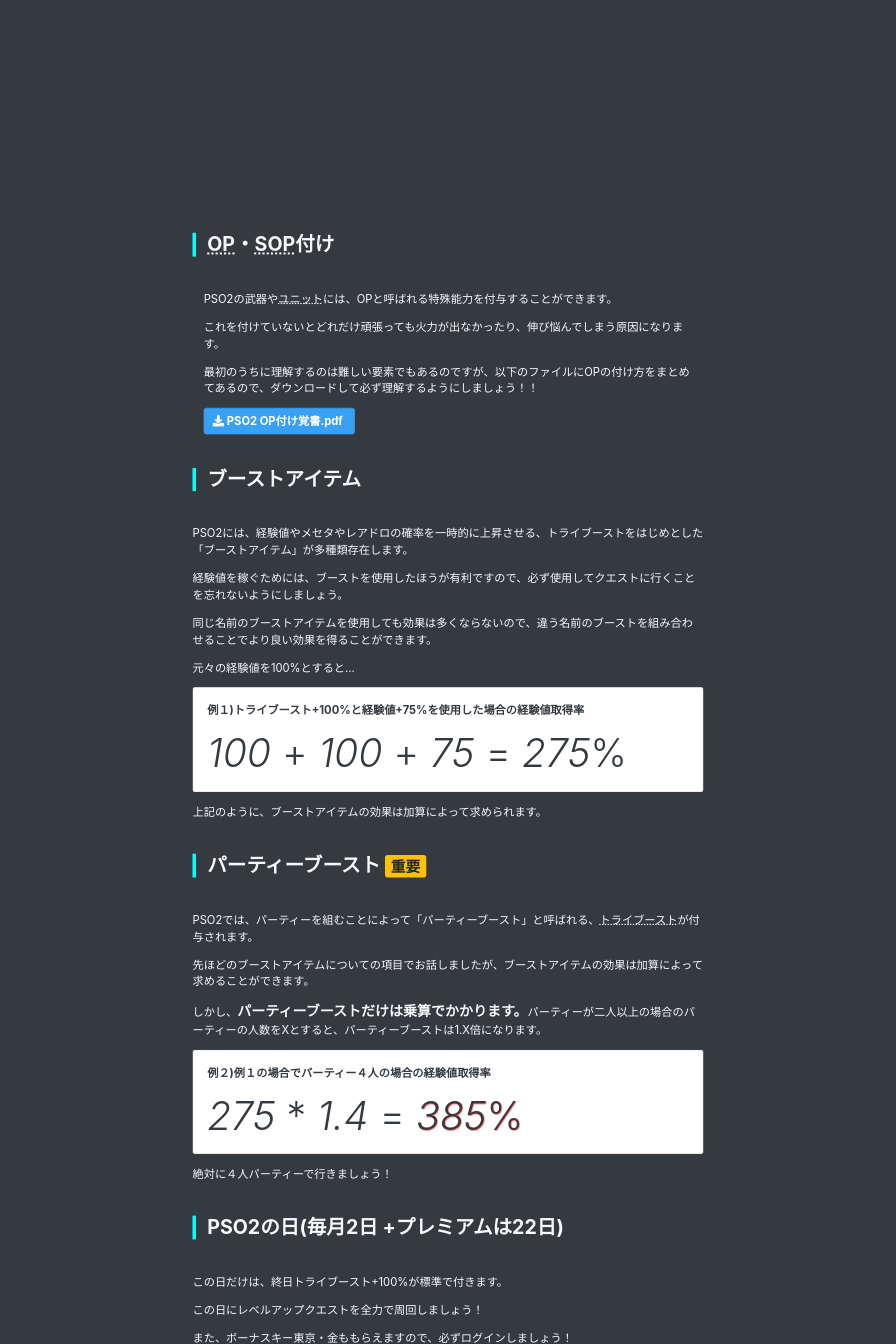
Repository: milkyahonpo/Website_source
Page: docs/capture.html
The author's editor kept a copy of each file at every save. The page is drawn from the files as they stood at one save, then again after the next save.
The browser window is 1280 px wide. The pictures show the part of the page from y = 3361 to 5281 px (the page is 11156 px tall), at 70% of full size.
Pictures or frames that could not be fetched are drawn as grey boxes. Some web libraries are served in a nearby version.

Above is the page before, as saved 2020-02-03 09:44:05.

### docs/capture.html
<!DOCTYPE html>
<html lang="ja">
  <head>
    <!-- Required meta tags -->
    <meta charset="utf-8">
    <meta name="viewport" content="width=device-width, initial-scale=1, shrink-to-fit=no">
    <!-- Bootstrap CSS -->
    <link rel="stylesheet" href="https://stackpath.bootstrapcdn.com/bootstrap/4.3.1/css/bootstrap.min.css" integrity="sha384-ggOyR0iXCbMQv3Xipma34MD+dH/1fQ784/j6cY/iJTQUOhcWr7x9JvoRxT2MZw1T" crossorigin="anonymous">
    <!-- My CSS -->
    <link rel="stylesheet" href="css/capture.css">
    <!-- favicon -->
    <link rel="shortcut icon" href="img/favicon.ico">
    <!-- Font Awesome -->
    <link href="https://use.fontawesome.com/releases/v5.6.1/css/all.css" rel="stylesheet">
    <!-- Google Fonts -->
    <link href="https://fonts.googleapis.com/css?family=Titillium+Web&display=swap" rel="stylesheet">

    <title>みるく屋本舗 - 攻略本 -</title>
  </head>

  <body>
  <!-- Navigation -->
  <nav class="navbar navbar-expand-lg navbar-light fixed-top py-3" id="mainNav">
    <div class="container">
      <a class="navbar-brand" href="index.html">
        <img src="./img/logo.png" width="50" height="50" alt="">
        <b>みるく屋本舗</b>
      </a>
      <button class="navbar-toggler navbar-togglar-right" type="button" data-toggle="collapse" data-target="#navbarResponsive" aria-controls="navbarResponsive" aria-expanded="false" aria-label="Toggle navigation">
        <span class="navbar-toggler-icon"></span>
      </button>
      <div class="collapse navbar-collapse" id="navbarResponsive">
        <ul class="navbar-nav ml-auto my-2 my-lg-0">
          <li class="nav-item">
            <a class="nav-link js-scroll-trigger" href="#basic">基礎知識</a>
          </li>
          <li class="nav-item">
            <a class="nav-link js-scroll-trigger" href="#lv1-50">Lv01～Lv50</a>
          </li>
          <li class="nav-item">
            <a class="nav-link js-scroll-trigger" href="#lv51-75">Lv51～Lv75</a>
          </li>
          <li class="nav-item">
            <a class="nav-link js-scroll-trigger" href="#lv76-80">Lv76～Lv80</a>
          </li>
          <li class="nav-item">
            <a class="nav-link js-scroll-trigger" href="#lv81-90">Lv81～Lv90</a>
          </li>
        </ul>
      </div>
    </div>
  </nav>
  <!-- About Section -->
  <section class="page-section h-100 bg-dark text-light">
    <div class="container h-100">
      <div class="row h-100 justify-content-center align-items-center">
        <div class="col-lg-8">
          <h2 class="display-1 mt-0 font-weight-bold text-center"><span style="color: cyan;">攻</span>略本</h2>
          <hr class="divider my-4">
          <p class="lead text-center">チムメンに役立つ育成情報を掲載します！</p>
          <p class="text-center"><small>最終更新 : 2020/01/23</small></p>
        </div>
      </div>
    </div>
  </section>

  <div class="page-section bg-dark text-light">
    <div class="container">
      <div class="row py-5 justify-content-center" id="basic">
        <div class="col-md-8">
          <h2 class="font-weight-bold">基礎知識</h2>
          <h3 class="my-5 pl-3"><strong class="font-weight-bold">メインクラスとサブクラス</strong></h3>
          <div class="px-3">
            <div>
              PSO2には「メインクラス」と「サブクラス」があります。
              <ul>
                <li>「メインクラス」装備できる武器に影響するクラス</li>
                <li>「サブクラス」一部のスキルとステータスの影響を受けるクラス<br>
              </ul>
              以下にクラス一覧と、その装備できる武器について示します。
            </div>
            <p class="alert alert-info">ガンスラッシュはどのクラスでも使用することができます。</p>
            <h4>通常クラス</h4>
            <table class="table table-striped table-hover my-3 table-dark">
              <tr><th>アイコン</th><th>クラス名</th><th>略称</th><th>装備できる武器</th></tr>
              <tr><td><img class="img-thumbnail" src="img/Hu.png"　style="display: inline-block" width="50px" height="auto"></td><td><a href="https://pso2.swiki.jp/index.php?%E3%83%8F%E3%83%B3%E3%82%BF%E3%83%BC">ハンター</a></td><td>Hu</td><td><ul><li>ソード</li><li>ワイヤードランス</li><li>パルチザン</li></ul></td></tr>
              <tr><td><img class="img-thumbnail" src="img/Fi.png"　style="display: inline-block" width="50px" height="auto"></td><td><a href="https://pso2.swiki.jp/index.php?%E3%83%95%E3%82%A1%E3%82%A4%E3%82%BF%E3%83%BC">ファイター</a></td><td>Fi</td><td><ul><li>ツインダガー</li><li>ダブルセイバー</li><li>ナックル</li></ul></td></tr>
              <tr><td><img class="img-thumbnail" src="img/Ra.png"　style="display: inline-block" width="50px" height="auto"></td><td><a href="https://pso2.swiki.jp/index.php?%E3%83%AC%E3%83%B3%E3%82%B8%E3%83%A3%E3%83%BC">レンジャー</a></td><td>Ra</td><td><ul><li>ランチャー</li><li>アサルトライフル</li></ul></td></tr>
              <tr><td><img class="img-thumbnail" src="img/Gu.png"　style="display: inline-block" width="50px" height="auto"></td><td><a href="https://pso2.swiki.jp/index.php?%E3%82%AC%E3%83%B3%E3%83%8A%E3%83%BC">ガンナー</a></td><td>Gu</td><td><ul><li>ツインマシンガン</li><li>アサルトライフル</li></ul></td></tr>
              <tr><td><img class="img-thumbnail" src="img/Fo.png"　style="display: inline-block" width="50px" height="auto"></td><td><a href="https://pso2.swiki.jp/index.php?%E3%83%95%E3%82%A9%E3%83%BC%E3%82%B9">フォース</a></td><td>Fo</td><td><ul><li>ロッド</li><li>タリス</li></ul></td></tr>
              <tr><td><img class="img-thumbnail" src="img/Te.png"　style="display: inline-block" width="50px" height="auto"></td><td><a href="https://pso2.swiki.jp/index.php?%E3%83%86%E3%82%AF%E3%82%BF%E3%83%BC">テクター</a></td><td>Te</td><td><ul><li>ウォンド</li><li>タリス</li></ul></td></tr>
              <tr><td><img class="img-thumbnail" src="img/Br.png"　style="display: inline-block" width="50px" height="auto"></td><td><a href="https://pso2.swiki.jp/index.php?%E3%83%96%E3%83%AC%E3%82%A4%E3%83%90%E3%83%BC">ブレイバー</a></td><td>Br</td><td><ul><li>カタナ</li><li>バレットボウ</li></ul></td></tr>
              <tr><td><img class="img-thumbnail" src="img/Bo.png"　style="display: inline-block" width="50px" height="auto"></td><td><a href="https://pso2.swiki.jp/index.php?%E3%83%90%E3%82%A6%E3%83%B3%E3%82%B5%E3%83%BC">バウンサー</a></td><td>Bo</td><td><ul><li>ジェットブーツ</li><li>デュアルブレード</li></ul></td></tr>
              <tr><td><img class="img-thumbnail" src="img/Su.png"　style="display: inline-block" width="50px" height="auto"></td><td><a href="https://pso2.swiki.jp/index.php?%E3%82%B5%E3%83%A2%E3%83%8A%E3%83%BC">サモナー</a></td><td>Su</td><td><ul><li>タクト</li></ul></td></tr >
            </table>
            <div class="my-5">
              <p>これらの通常クラスのいずれか２つをレベル75にすることで選択可能になる<strong class="lead font-weight-bold">「後継クラス」</strong>というものがあります。</p>
              <p>後継クラスは現状で３つあり、ファントムとエトワールはサブクラスとしてセットすることができますが、メインクラスとして使う場合、<strong class="lead font-weight-bold">全てサブクラスをセットすることができません。</strong>その代わりに、各クラス特徴のある強力なクラススキルを有しており、非常に優秀なクラスとなっています。</p>
            </div>
            <h4>後継クラス</h4>
            <table class="table table-striped table-hover my-3 table-dark">
              <tr><th>アイコン</th><th>クラス名</th><th>略称</th><th>装備できる武器</th></tr>
              <tr><td><img class="img-thumbnail" src="img/Hr.png"　style="display: inline-block" width="50px" height="auto"></td class="align-items-center"><td><a href="https://pso2.swiki.jp/index.php?%E3%83%92%E3%83%BC%E3%83%AD%E3%83%BC">ヒーロー</a></td><td>Hr</td><td><ul><li>ソード</li><li>ツインマシンガン</li><li>タリス</li></ul></td></tr>
              <tr><td><img class="img-thumbnail" src="img/Ph.png"　style="display: inline-block" width="50px" height="auto"></td><td><a href="https://pso2.swiki.jp/index.php?%E3%83%95%E3%82%A1%E3%83%B3%E3%83%88%E3%83%A0">ファントム</a></td><td>Ph</td><td><ul><li>カタナ</li><li>アサルトライフル</li><li>ロッド</li></td></tr>
              <tr><td><img class="img-thumbnail" src="img/Et.png"　style="display: inline-block" width="50px" height="auto"></td><td><a href="https://pso2.swiki.jp/index.php?%E3%82%A8%E3%83%88%E3%83%AF%E3%83%BC%E3%83%AB">エトワール</a></td><td>Et</td><td><ul><li>ダブルセイバー</li><li>デュアルブレード</li><li>ウォンド</li></td></tr>
            </table>
            <p>「メインクラス」は、当然ですが入手した経験値の100%が加算されます。</p>
            <p>「サブクラス」も、セットしておくだけでサブクラスがレベル70までは<strong class="lead font-weight-bold">メインクラスが獲得した経験値の25%</strong>が加算されます。</p>
            <p>そのため、必ずサブクラスをつけておきましょう。</p>
          </div>
          <h3 class="my-5 pl-3"><strong class="font-weight-bold"><abbr title="特殊能力(DL先のファイルに詳細)">OP</abbr>・<abbr title="S級特殊能力(DL先のファイルに詳細)">SOP</abbr>付け</strong></h3>
          <div class="px-3">
            <p>PSO2の武器や<abbr title="防具のこと">ユニット</abbr>には、OPと呼ばれる特殊能力を付与することができます。</p>
            <p>これを付けていないとどれだけ頑張っても火力が出なかったり、伸び悩んでしまう原因になります。</p>
            <p>最初のうちに理解するのは難しい要素でもあるのですが、以下のファイルにOPの付け方をまとめてあるので、ダウンロードして必ず理解するようにしましょう！！</p>
            <div class="movie-box">
              <iframe width="560" height="315" src="https://www.youtube-nocookie.com/embed/dSWcW5Sa8bw" frameborder="0" allow="accelerometer; autoplay; encrypted-media; gyroscope; picture-in-picture" allowfullscreen></iframe>
            </div>
          </div>
          <h3 class="my-5 pl-3"><strong class="font-weight-bold"><abbr title="特殊能力(DL先のファイルに詳細)">OP</abbr>・<abbr title="S級特殊能力(DL先のファイルに詳細)">SOP</abbr>付け</strong></h3>
          <div class="px-3">
            <p>PSO2の武器や<abbr title="防具のこと">ユニット</abbr>には、OPと呼ばれる特殊能力を付与することができます。</p>
            <p>これを付けていないとどれだけ頑張っても火力が出なかったり、伸び悩んでしまう原因になります。</p>
            <p>最初のうちに理解するのは難しい要素でもあるのですが、以下のファイルにOPの付け方をまとめてあるので、ダウンロードして必ず理解するようにしましょう！！</p>
            <a class="text-decoration-none" href="./document/PSO2 OP付け覚書.pdf" download="PSO2 OP付け覚書.pdf">
              <button class="btn btn-primary">
                <span class="text-decoration-none"><i class="fas fa-download"></i><b class="px-1">PSO2 OP付け覚書.pdf</b></span>
              </button>
            </a>
          </div>
          <h3 class="my-5 pl-3"><strong class="font-weight-bold">ブーストアイテム</strong></h3>
          <p>PSO2には、経験値やメセタやレアドロの確率を一時的に上昇させる、トライブーストをはじめとした「ブーストアイテム」が多種類存在します。</p>
          <p>経験値を稼ぐためには、ブーストを使用したほうが有利ですので、必ず使用してクエストに行くことを忘れないようにしましょう。</p>
          <p>同じ名前のブーストアイテムを使用しても効果は多くならないので、違う名前のブーストを組み合わせることでより良い効果を得ることができます。</p>
          <p>元々の経験値を100%とすると...</p>
          <div class="card mb-3 text-dark">
            <div class="card-body">
            <p><b>例１)トライブースト+100%と経験値+75%を使用した場合の経験値取得率</b></p>
            <strong class="my-1 display-4"><var>100</var> + <var>100</var> + <var>75</var> = <var>275</var>%</strong>
            </div>
          </div>
          <p>上記のように、ブーストアイテムの効果は加算によって求められます。</p>

          <h3 class="my-5 pl-3"><strong class="font-weight-bold">パーティーブースト </strong><span class="badge badge-warning">重要</span></h3>
          <p>PSO2では、パーティーを組むことによって「パーティーブースト」と呼ばれる、<abbr title="略称「トラブ」 メセタ、レアドロ、経験値獲得量UP">トライブースト</abbr>が付与されます。</p>
          <p>先ほどのブーストアイテムについての項目でお話しましたが、ブーストアイテムの効果は加算によって求めることができます。</p>
          <p>しかし、<strong class="lead font-weight-bold">パーティーブーストだけは乗算でかかります。</strong>パーティーが二人以上の場合のパーティーの人数をXとすると、パーティーブーストは1.X倍になります。</p>
          <div class="card mb-3 text-dark">
            <div class="card-body">
            <p><b>例２)例１の場合でパーティー４人の場合の経験値取得率</b></p>
            <strong class="my-1 display-4"><var>275</var> * <var>1.4</var> = <span class="enh"><var>385</var>%</span></strong><br>
            </div>
          </div>
          <p>絶対に４人パーティーで行きましょう！</p>

          <h3 class="my-5 pl-3"><strong class="font-weight-bold">PSO2の日(毎月2日 +プレミアムは22日)</strong></h3>
          <p>この日だけは、終日トライブースト+100%が標準で付きます。</p>
          <p>この日にレベルアップクエストを全力で周回しましょう！</p>
          <p>また、ボーナスキー東京・金ももらえますので、必ずログインしましょう！</p>

          <h3 class="my-5 pl-3"><strong class="font-weight-bold">プレミアムアカウント </strong><span class="badge badge-warning">重要</span></h3>
          <p>プレミアムアカウントだと、その期間は常にトライブースト+50%が付与されます。</p>
          <p>また、プレミアムアカウントだとプレミアムドリンクを飲むことができ、確定で経験値UPの効果を得られるドリンクを飲むことができます！</p>
          <p>一応ノーマルアカウントでもランダムで出ますが、そちらは+10%でこちらは+15%なので、地味にありがたいことであったりします。</p>
          <p>その他多くのメリットがあり、非常におすすめです。詳細は以下からご確認ください。</p>
          <a href="http://pso2.jp/players/manual/preparations/ac/#sys-manual-513"><button class="btn btn-primary"><i class="fas fa-question-circle"></i> プレミアムアカウントについて</button></a>
        </_div>
      <//div>
      <div class="row py-5 justify-content-center" id="lv1-50">
        <div class="col-lg-8">
          <h2><b>Lv01～50</b></h2>
          <h3 class="my-5 pl-3"><strong class="font-weight-bold">クエストに行かない！</strong></h3>
          <div class="px-3">
            <p>それが大事です。ひたすらに。</p>
            <p>理由としては、難易度的にも効率的にも、経験値がおいしくないからです。</p>
            <p>初心者として始めた時点だと、倉庫に「経験値獲得チケット」が眠っているので、まずはそれを使ってドシドシとレベルを上げていきましょう！</p>
            <p>１レベル上がるのに必要な経験値が一気に上がるのは41レベル以降なので、そこまでは一気に上がっていくはずです。</p>
            <p><strong class="lead font-weight-bold">しかし！！</strong>以下の注意点があります...</p>
          </div>
          <h3 class="my-5 pl-3"><strong class="font-weight-bold">レベル制限解除試練・Ⅰ<span class="mx-3">or</span>Ⅱ</strong></h3>
          <div class="px-3">
            <p><strong class="lead font-weight-bold">ゲートエリアのNPCコフィーのクライアントオーダー</strong>から、Ⅰはクラスレベル20、Ⅱはクラスレベル35になると受けることができます。</p>
            <p>このオーダーをクリアしておかないと、レベル30とレベル40の時点で<abbr title="レベルがそれ以上上がらない状態になること">レベルキャップ</abbr>を迎えてしまいます。そうなると経験値チケットを使用しても無駄になるだけなので、しっかりと解放しておきましょう！</p>
          </div>
        </div>
      </div>
      <div class="row py-5 justify-content-center" id="lv51-75">
        <div class="col-lg-8">
          <h2 class="mb-5"><b>Lv51～75</b></h2>
          <h3 class="my-5 pl-3"><strong class="font-weight-bold">ボーナスキー</strong></h3>
          <div class="px-3">
            <p><strong class="lead font-weight-bold">ここまで取っておいた君！よく我慢した！！！</strong></p>
            <p>ボーナスキーは有効期限がありますので、ここらで使うのも手ではないでしょうか。</p>
            <p>しかし、ボーナスクエストは、自身の現在のレベルに比例して取得できる経験値量が増加します。</p>
            <p>自身のレベルが80になると、取得できる経験値量の変動が頭打ちになるので、そこで使うのがもっとも効率が良い方法になります。</p>
            <p><strong class="lead font-weight-bold">PSO2の日はボーナスクエストにも経験値+100%がつく</strong>ので、期限がもつならその時に行きましょう！</p>
          </div>
          <h3 class="my-5 pl-3"><strong class="font-weight-bold">暗影渦巻く壊れた世界SH </strong><span class="badge badge-warning">重要</span></h3>
          <div class="px-3">
            <p>これより経験値がおいしいクエストは、他にはボーナスキーしかないレベルです。</p>
            <p>圧倒的経験値効率を誇るクエストなので、レベリングには必ず行きましょう！</p>
            <p><strong class="lead font-weight-bold">レベルアップクエストの仕様上、5日周期で1日来る</strong>ので必ずチェックしておきましょう。</p>
          </div>
          <h3 class="my-5 pl-3"><strong class="font-weight-bold">クラスごとの<abbr title="スキルポイント スキルツリーのスキルを取得するために必要になる レベル1UPごとに1SP">SP</abbr>取得クライアントオーダー </strong><span class="badge badge-warning">重要</span></h3>
          <div class="px-3">
            <p>レベル75になると、クラスキューブというアイテムを渡すことによって、クラスごとにSPを獲得できるクライアントオーダーが解放されます。</p>
            <p>クラスキューブとは、ハンターであれば「Huエクスキューブ」といったような、クラスの略称がついたアイテムになります。</p>
            <p>全てのクラス共通で、最初は1個、次は2個、3個、4個と要求数が増えていき、全4つのオーダーで合計10個のクラスキューブが必要になります。</p>
            <p><strong class="lead font-weight-bold">ゲートエリアのNPCシロナの「トレジャーショップ」</strong>から、SGまたはメセタを使用してクラスキューブを購入することができます。売っているクラスキューブは日替わりなので、自分の欲しいクラスキューブが陳列された時に購入しましょう！</p>
            <p>また、レベル90のレベルキャップに到達した状態でレベルアップすることで、そのクラスのクラスキューブを<strong class="lead font-weight-bold">レベルアップごとに７個</strong>取得することができます。</p>
          </div>
        </div>
      </div>
          <!--
          <h3 class="my-5 pl-3"><strong class="font-weight-bold">レベル75制限解除試験・○○ </strong><span class="badge badge-info">後継クラスのみ</span></h3>
          <p>レベル75制限解除試験とは、その名の通りレベル75のレベルキャップを解放するクライアントオーダーです。</p>
          <p>これまでもレベル30の時点やレベル40の時点にも存在したものと同じになります。</p>
          <p>このレベルキャップ解放はクラスごとにクリアする必要があります。</p>
          <p>条件は、<br>
          <strong class="lead font-weight-bold">「<abbr title="ガンスラッシュは対象外です">メインクラスで装備できる武器種</abbr>の☆13以上を+35まで強化する」</strong><br>
          というものになります。</p>
          <p><strong class="lead font-weight-bold">ゲートエリアのNPCプリンの「コレクトシート」</strong>で、☆13武器の+35をゲットするだけで達成することができます。</p>
          <p>コレクトシートとは、数あるアイテムの中から自身が欲しいアイテムを選択し、そのアイテムのシートを入手したのちに、シート中に記載されている必要項目を全達成することで対象のアイテムが入手できるというものです。</p>
          <p>それぞれの項目に指定された条件を達成すると項目のゲージが上昇していき、ゲージが最大になった時にドロップするアイテムを入手することで項目が達成されます。</p>
          <p>基本的にコレクトシートの項目の条件は、入手した時点で開催されている緊急クエストや期間限定クエストで達成できるものが設定されているので、どんどん参加しましょう！</p>
          -->

      <div class="row py-5 justify-content-center" id="lv76-80">
        <div class="col-lg-8">
          <h2 class="mb-5"><b>Lv76～80</b></h2>
          <h3 class="my-5 pl-3"><strong class="font-weight-bold">必要経験値の異常なまでの上昇 </strong><span class="badge badge-danger">難関</span></h3>
          <p><strong class="lead font-weight-bold">今までとは比べ物にならないくらいにレベルが上がらなくなってきます。</strong></p>
          <p>ただ、昔のPSO2と比較したら今はボーナスキーもあり、レベルアップクエストなんてものもあり、
          そのうえPSO2の日では経験値+100%で、プレミアムなら毎日トライブースト+50%もつくだって！？</p>
          <strong class="lead font-weight-bold">めげずに頑張りましょう！私たちがついています！</strong>

          <h3 class="my-5 pl-3"><strong class="font-weight-bold">ボーナスキー </strong></h3>
          <p>それはここでも同じです。</p>
          <p>PSO2で経験値が一番おいしいクエストは間違いなくボーナスキー！</p>
          <p>手に入れたらPSO2の日をねらって絶対に行きましょう！</p>
          <p>(ブーストアイテムを忘れずにね！)</p>

          <h3 class="my-5 pl-3"><strong class="font-weight-bold">暗影渦巻く壊れた世界XH </strong><span class="badge badge-success">更新時点 推奨</span></h3>
          <p>現状最強武器の「リバレイト〇〇」という武器の入手にはクラスキューブが必要になります。</p>
          <p>また、2020/02/05まで開催されている<a href="http://pso2.jp/players/event/newyear2020/">SPACE MAGATSU DESTROYERS</a>の個人ポイント獲得はこの暗影でもためることができ、暗影は1周2分で周回できるので非常に高効率となっています。(本来あってはならないことかもしれませんが...)</p>
          <p>以上の理由から、現時点では高レベルのプレイヤーも暗影を周回しており、人がすぐに集まることも多いため、以下に記載してあるSHを周回するよりも圧倒的に高効率でレベルアップすることができます。</p>

          <h3 class="my-5 pl-3"><strong class="font-weight-bold">暗影渦巻く壊れた世界SH </strong><span class="badge badge-secondary">更新時点 非推奨</span></h3>
          <p>「え？なんでまだこの段階でもXH行かないの？」</p>
          <p>そう思う方も多いことでしょう。</p>
          <p>試しにXHに行ってみた方はわかると思いますが、
          <strong class="lead font-weight-bold">クエストに12人いることのほうが少ないです。</strong></p>
          <p>理由はSHとXHの受注可能なレベル帯の差にあります。</p>
          <p>SHはレベル50から受注可能で、XHには、メインサブの双方を75まで上げないと行けません。</p>
          <p>なので、SHを回るのは、75-50=レベル25分の幅の方で、
          なおかつメインはレベル75であってもサブはまだという方も含まれます。</p>
          <p>それに対してXHはレベル75から受注可能で、最大はレベル90です。</p>
          <p>なので、XHを回るのは、90-75=レベル15分の幅の方で、
          なおかつメインサブ双方が75以上である方です。</p>
          <p>それゆえに、暗影で人数が集まるのは必然的にSHとなるわけです。</p>
          <p>人数が集まるということは、パーティーが組めるのでブーストがのる。</p>
          <p><strong class="lead font-weight-bold">そういうことです！</strong></p>

          <h3 class="my-5 pl-3"><strong class="font-weight-bold">クラスごとのSP取得クライアントオーダー </strong></h3>
          <p>Lv51～75で前述のとおりです。</p>
          <p>もしもレベル75の時点でやっていなかったのであれば、必ずここで済ませてしまいましょう！</p>

          <!--
          <h3 class="my-5 pl-3"><strong class="font-weight-bold">レベル80制限解除試験・○○ </strong></h3>
          <p>「またレベルキャップか・・・」</p>
          <p>安心してください。今回のは<b>めちゃくちゃ簡単</b>です。</p>
          <p>レベルを75にした時点で称号報酬でもらっていた、３つの<strong class="lead font-weight-bold">「サブ／ステラウォール」</strong>というユニット。</p>
          <p>若しくは、ここまで暗影を周回している人なら持っているであろう「ウェポンズバッジ2019」。</p>
          <p>それとバッジ交換ショップで交換できる☆12ユニットの、</p>
          <p><strong class="lead font-weight-bold">「リア／サーキュレイ」、「アーム／サーカレイ」、「レッグ／サークレイ」</strong>。</p>
          <p>そのどちらかのシリーズを全て+10にしてから装備して話しかけるだけで達成できます。</p>
          <p>ユニットの強化は、武器と比較してものすごく簡単なので、
          強化値+7までは補助アイテム何も無しで上げていき、
          +8以降は、「強化成功率+5%」と「強化リスク軽減(+1)」を使用して上げていくだけで十分です。</p>
          <p>もっていないのであれば、どちらも非常に安価にマイショップで販売していますので、
          どんどん上げて、ぱぱっと報告してしまいましょう！</p>
          -->
        </div>
      </div>
      <div class="row py-5 justify-content-center" id="lv81-90">
        <div class="col-lg-8">
          <h2 class="mb-5"><b>Lv81～90</b></h2>
          <h3 class="my-5 pl-3 display-4"><font color="orange">気合 <i class="fas fa-exclamation"></i></font></h3>
          <p>今までの知識をすべて駆使してレベルを上げていきましょう。</p>
          <p>ブースト、ボーナスキー、暗影...</p>
          <p><b style="font-size: 20px">頂上はもうすぐです！</b></p>
        </div>
      </div>
    </div>
  </div>
</section>
  <!-- Footer -->
  <footer class="bg-light py-5">
    <div class="container">
      <div class="small text-center text-muted">※当サイトの一部の掲載画像等に関する権利は、株式会社セガゲームズに帰属しています。</div>
      <div class="small text-center text-muted">Copyright &copy; 2019 - MYH / SEGA PHANTASY STAR ONLINE 2</div>
    </div>
  </footer>

  <!-- Bootstrap core JavaScript -->
  <script src="vendor/jquery/jquery.min.js"></script>
  <script src="vendor/bootstrap/js/bootstrap.bundle.min.js"></script>

  <!-- Plugin JavaScript -->
  <script src="vendor/jquery-easing/jquery.easing.min.js"></script>
  <script src="vendor/magnific-popup/jquery.magnific-popup.min.js"></script>

  <!-- Custom scripts for this template -->
  <script src="js/creative.min.js"></script>

    <!-- Optional JavaScript -->
    <!-- jQuery first, then Popper.js, then Bootstrap JS -->
    <script src="https://code.jquery.com/jquery-3.3.1.slim.min.js" integrity="sha384-q8i/X+965DzO0rT7abK41JStQIAqVgRVzpbzo5smXKp4YfRvH+8abtTE1Pi6jizo" crossorigin="anonymous"></script>
    <script src="https://cdnjs.cloudflare.com/ajax/libs/popper.js/1.14.7/umd/popper.min.js" integrity="sha384-UO2eT0CpHqdSJQ6hJty5KVphtPhzWj9WO1clHTMGa3JDZwrnQq4sF86dIHNDz0W1" crossorigin="anonymous"></script>
    <script src="https://stackpath.bootstrapcdn.com/bootstrap/4.3.1/js/bootstrap.min.js" integrity="sha384-JjSmVgyd0p3pXB1rRibZUAYoIIy6OrQ6VrjIEaFf/nJGzIxFDsf4x0xIM+B07jRM" crossorigin="anonymous"></script>
  </body>
</html>

Loaded but not shown: docs/css/capture.css (library); docs/vendor/jquery/jquery.min.js (library); docs/vendor/bootstrap/js/bootstrap.bundle.min.js (library); docs/vendor/jquery-easing/jquery.easing.min.js (common file); docs/vendor/magnific-popup/jquery.magnific-popup.min.js (library); docs/js/creative.min.js (7 lines, source omitted)

After the next save:
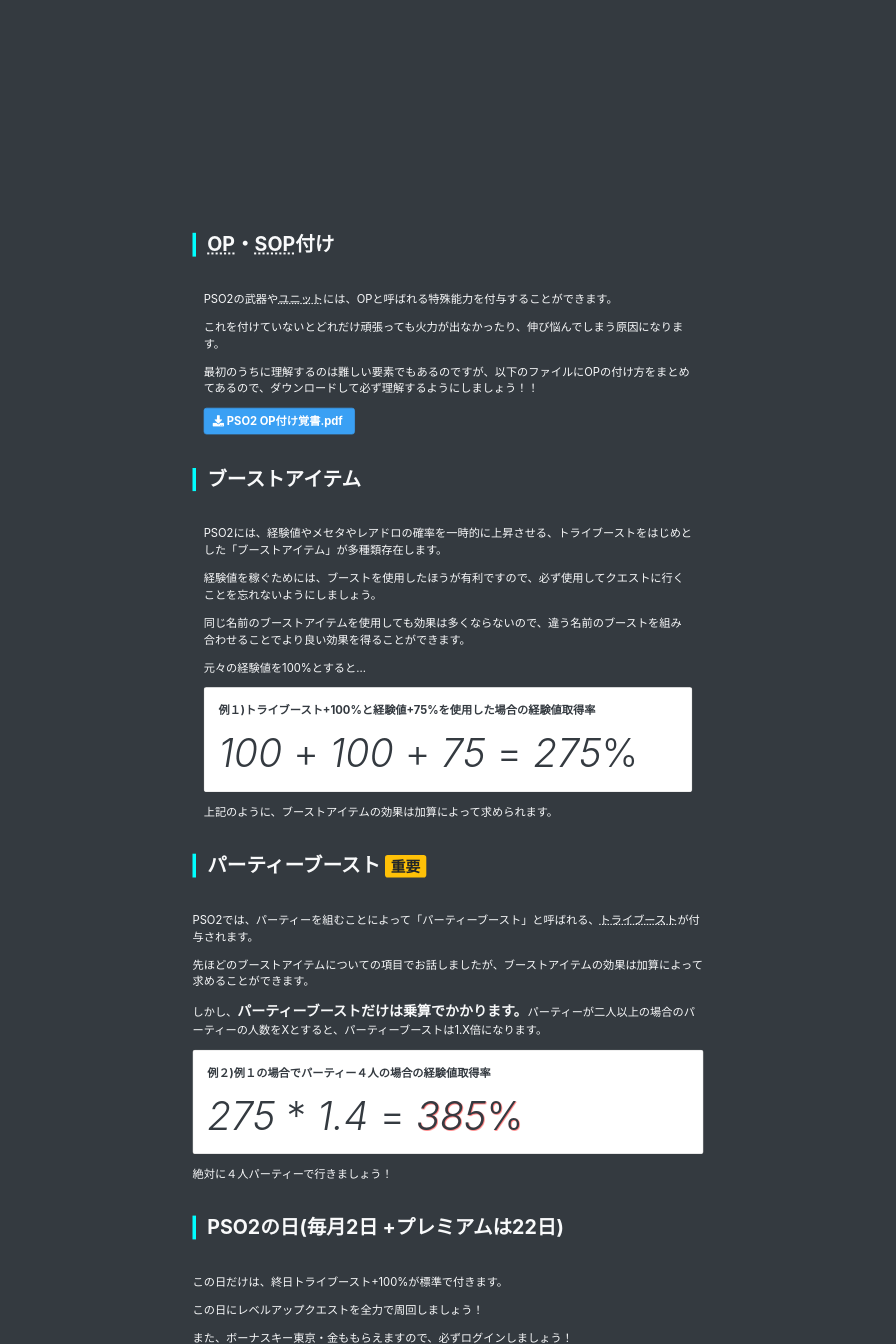
Saved 12 s later.
--- a/docs/capture.html
+++ b/docs/capture.html
@@ -129,18 +129,19 @@
             </a>
           </div>
           <h3 class="my-5 pl-3"><strong class="font-weight-bold">ブーストアイテム</strong></h3>
-          <p>PSO2には、経験値やメセタやレアドロの確率を一時的に上昇させる、トライブーストをはじめとした「ブーストアイテム」が多種類存在します。</p>
-          <p>経験値を稼ぐためには、ブーストを使用したほうが有利ですので、必ず使用してクエストに行くことを忘れないようにしましょう。</p>
-          <p>同じ名前のブーストアイテムを使用しても効果は多くならないので、違う名前のブーストを組み合わせることでより良い効果を得ることができます。</p>
-          <p>元々の経験値を100%とすると...</p>
-          <div class="card mb-3 text-dark">
-            <div class="card-body">
-            <p><b>例１)トライブースト+100%と経験値+75%を使用した場合の経験値取得率</b></p>
-            <strong class="my-1 display-4"><var>100</var> + <var>100</var> + <var>75</var> = <var>275</var>%</strong>
-            </div>
-          </div>
-          <p>上記のように、ブーストアイテムの効果は加算によって求められます。</p>
-
+          <div class="px-3">
+            <p>PSO2には、経験値やメセタやレアドロの確率を一時的に上昇させる、トライブーストをはじめとした「ブーストアイテム」が多種類存在します。</p>
+            <p>経験値を稼ぐためには、ブーストを使用したほうが有利ですので、必ず使用してクエストに行くことを忘れないようにしましょう。</p>
+            <p>同じ名前のブーストアイテムを使用しても効果は多くならないので、違う名前のブーストを組み合わせることでより良い効果を得ることができます。</p>
+            <p>元々の経験値を100%とすると...</p>
+            <div class="card mb-3 text-dark">
+              <div class="card-body">
+              <p><b>例１)トライブースト+100%と経験値+75%を使用した場合の経験値取得率</b></p>
+              <strong class="my-1 display-4"><var>100</var> + <var>100</var> + <var>75</var> = <var>275</var>%</strong>
+              </div>
+            </div>
+            <p>上記のように、ブーストアイテムの効果は加算によって求められます。</p>
+          </div>
           <h3 class="my-5 pl-3"><strong class="font-weight-bold">パーティーブースト </strong><span class="badge badge-warning">重要</span></h3>
           <p>PSO2では、パーティーを組むことによって「パーティーブースト」と呼ばれる、<abbr title="略称「トラブ」 メセタ、レアドロ、経験値獲得量UP">トライブースト</abbr>が付与されます。</p>
           <p>先ほどのブーストアイテムについての項目でお話しましたが、ブーストアイテムの効果は加算によって求めることができます。</p>
